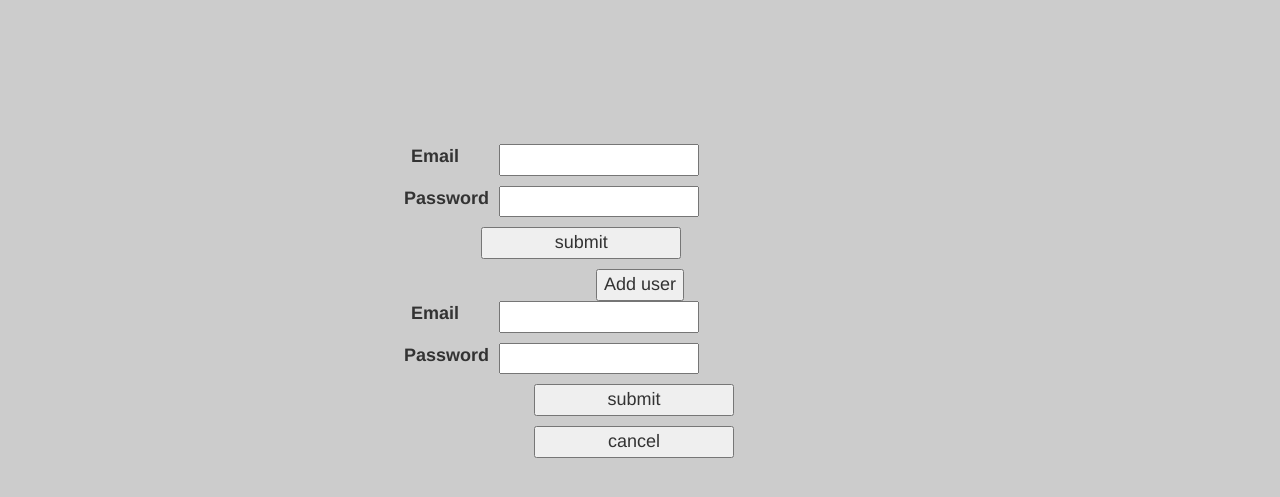
Repository: marijabroceta/ProjekatIB
Page: IB_Project_Shell/src/main/resources/static/index.html
These files come from the project's save history. The page is drawn as it stood at one moment and after the next save; the edit follows.
The browser window is 1280 px wide. The pictures show the whole page.

Above is the page before, as saved 2018-07-01 00:26:18.

### IB_Project_Shell/src/main/resources/static/index.html
<!DOCTYPE html>
<html>

<head>
<!--  <script type="text/javascript" src="js/main.js"></script>
<script src="https://ajax.googleapis.com/ajax/libs/jquery/3.3.1/jquery.min.js"></script>-->
<title>Login</title>
	<script src="js/jquery-2.1.4.min.js"></script>
	<link rel="stylesheet" type="text/css" href="bootstrap/css/bootstrap.min.css"/>
    <script src="bootstrap/js/bootstrap.min.js"></script>
    <link rel="stylesheet" type="text/css" href="css/login.css">
    <script src="js/login.js" type="text/javascript"></script>
</head>
<body>
	<!--  <a href="./user_content/cat.jpg" download>Download link for static
		files</a>
	<button type="button"  onclick="download()">Download link for
		target/files files</button>-->
	<div id="forms">
		<div id="login_form">
		    <form name="login" method="post" id="login">
		       	<label for="email">Email</label>
		 		<input type="text" id="email" name="email"><br>
		 		<label for="password">Password</label>
		 		<input type="password" id="password" name="password"><br>
		 		<input type="submit" name="submit" id="submit" value="submit" class="button" /><br/>
		    </form>
		 </div>
		 <button id="add_user">Add user</button>
	    <div id="add_form">
				<form name="add_user_form" method="post" id="add_user_form">
			       	<label id="email_lbl" for="email">Email</label>
			 		<input type="text" id="email_txt" name="email"><br>
			 		<label id="pass_lbl" for="password">Password</label>
			 		<input type="password" id="password_txt" name="password"><br>
			 		<input type="submit" name="submit" id="submit_add" value="submit" class="button" /><br>
			 		<input type="button" name="cancel" id="cancel_add" value="cancel" class="button" />
		    	</form>
			</div>
	</div>
</body>

</html>

### IB_Project_Shell/src/main/resources/static/css/login.css
#forms{
	position: absolute;
    top: 20%;
    left: 30%;
    right: 30%;
    bottom: 20%;
    font-size: 18px;
}



body {
    text-align: center;
    background: #ccc;
}
/*form {
    display: inline-block;
}*/

label,input {
 display: block;
 width: 200px;
 float: left;
 margin-left: 20px;
 margin-bottom: 10px;
}

label {
 text-align: right;
 width: 75px;
 padding-right: 20px;
}



br {
 clear: left;
}

#submit{
	margin-left: 19%;

}

#submit_add,#cancel_add{
	margin-left: 150px;
}

### IB_Project_Shell/src/main/resources/static/js/login.js
$(document).ready(function(){

	var submit = $('#submit');

	submit.on('click',function(e) {
		login();

		e.preventDefault();
		return false;
	})

});

function login(){
	var email = $('#email').val().trim();
	var password = $('#password').val().trim();
	var token = '';

	var data = {
		'username':email,
		'password':password
	}
	console.log(data);

	$.ajax({
		type: 'POST',
        contentType: 'application/json',
        url: 'https://localhost:8443/api/auth/login',
        data: JSON.stringify(data),
        dataType: 'json',
        crossDomain: true,
		cache: false,
		processData: false,
		success:function(response){
			var token = response.access_token;
			console.log(token);
			console.log(response);

			localStorage.setItem("token",token);
			window.location.href = "main_page.html";
		},
		error: function (jqXHR, textStatus, errorThrown) {
			alert(textStatus);
		}
	});
}

Loaded but not shown: IB_Project_Shell/src/main/resources/static/js/jquery-2.1.4.min.js (library); IB_Project_Shell/src/main/resources/static/bootstrap/css/bootstrap.min.css (library); IB_Project_Shell/src/main/resources/static/bootstrap/js/bootstrap.min.js (library)

After the next save:
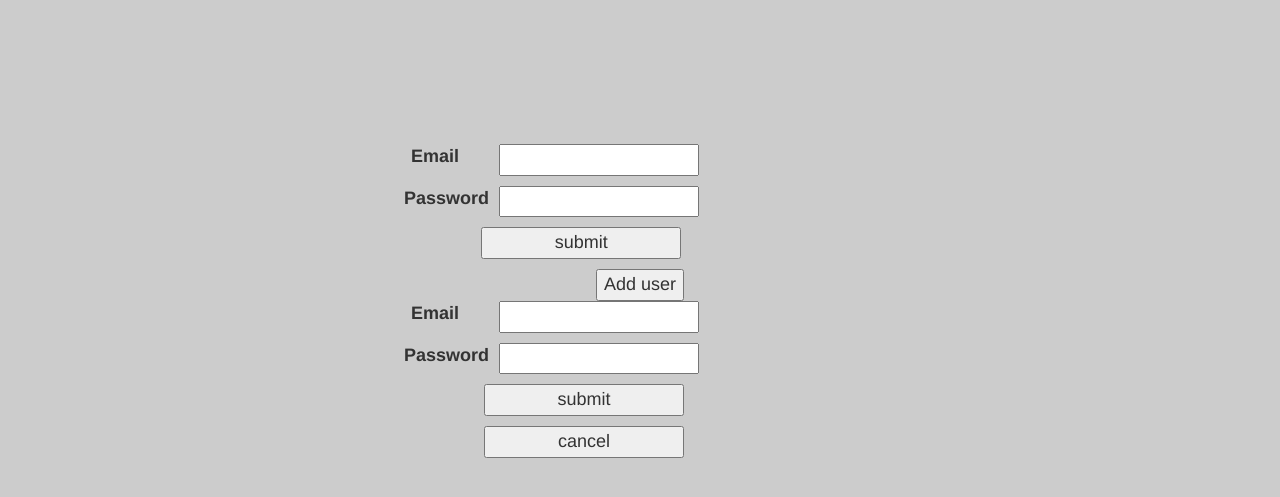
Saved 51 s later.
--- a/IB_Project_Shell/src/main/resources/static/css/login.css
+++ b/IB_Project_Shell/src/main/resources/static/css/login.css
@@ -43,5 +43,5 @@ br {
 }
 
 #submit_add,#cancel_add{
-	margin-left: 150px;
+	margin-left: 100px;
 }
